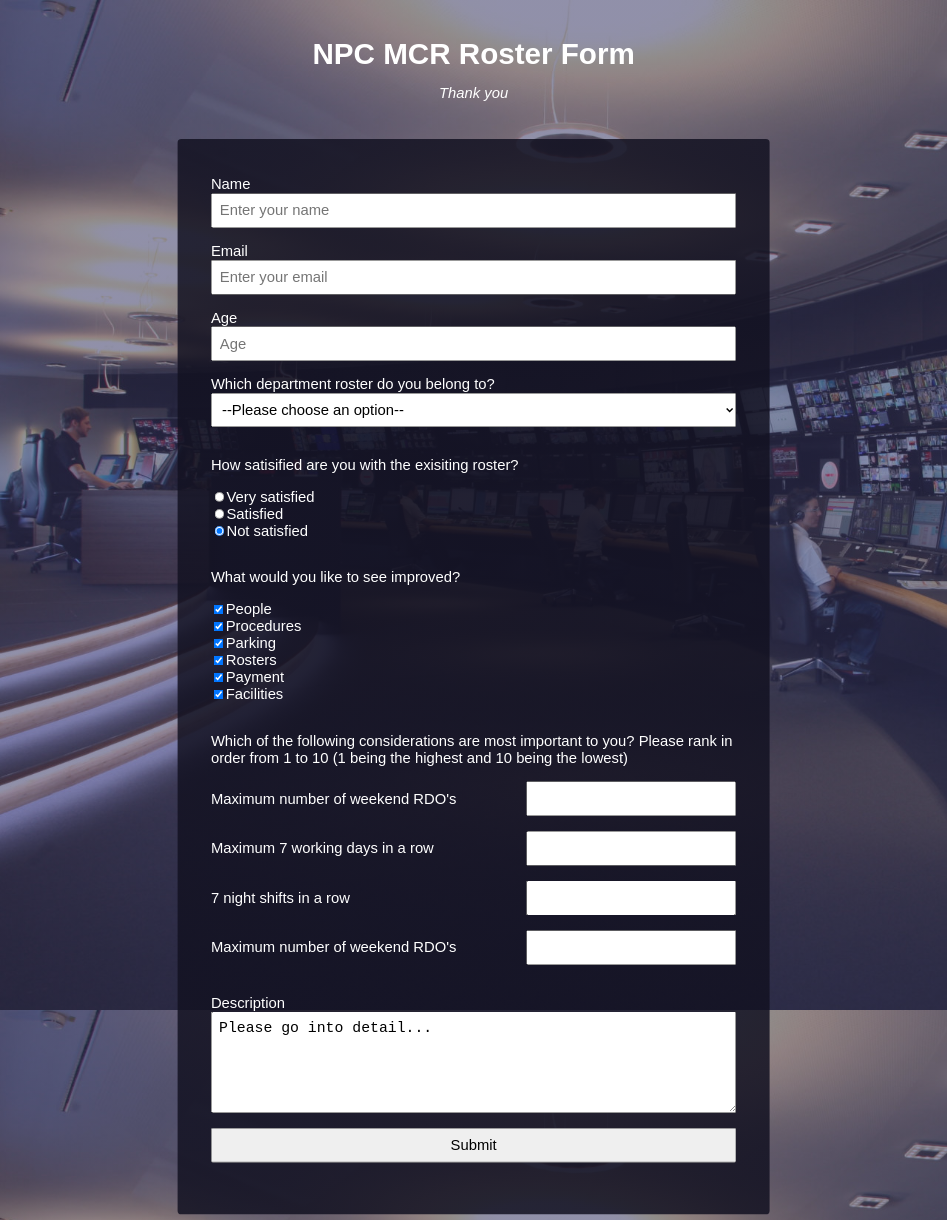
Repository: rvass/fcc-survey-form
Page: index.html
The author's editor kept a record of every edit. The page is drawn from the files as they stood at one moment, then again after the next edit.
The browser window is 1280 px wide. The pictures show the whole page, at 74% of full size.

Above is the page before.

After the next edit:
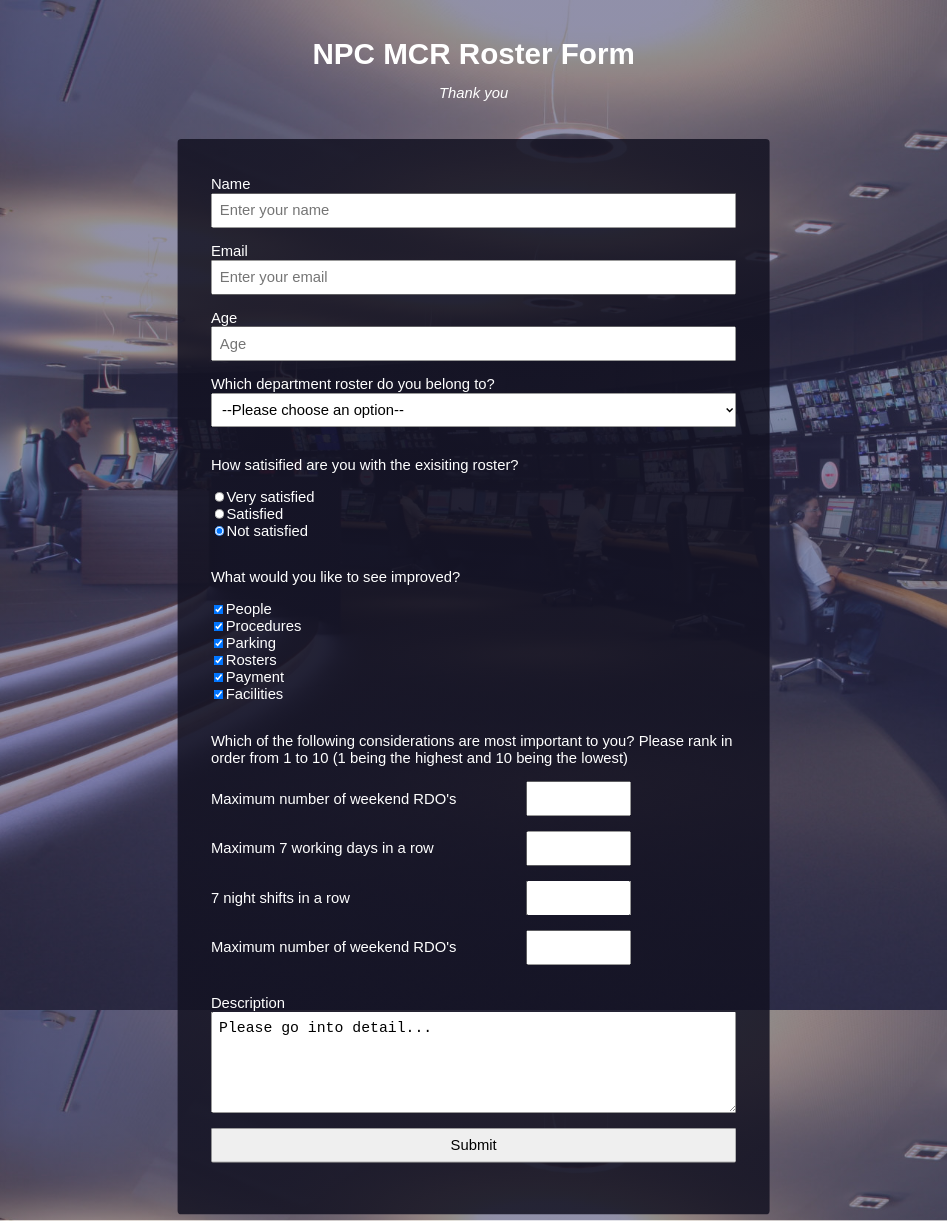
The edit:
--- a/styles.css
+++ b/styles.css
@@ -69,5 +69,5 @@
     flex: 0 1 60%;
 }
 .considerations input {
-    flex: 0 1 40%;
+    flex: 0 1 20%;
 }
